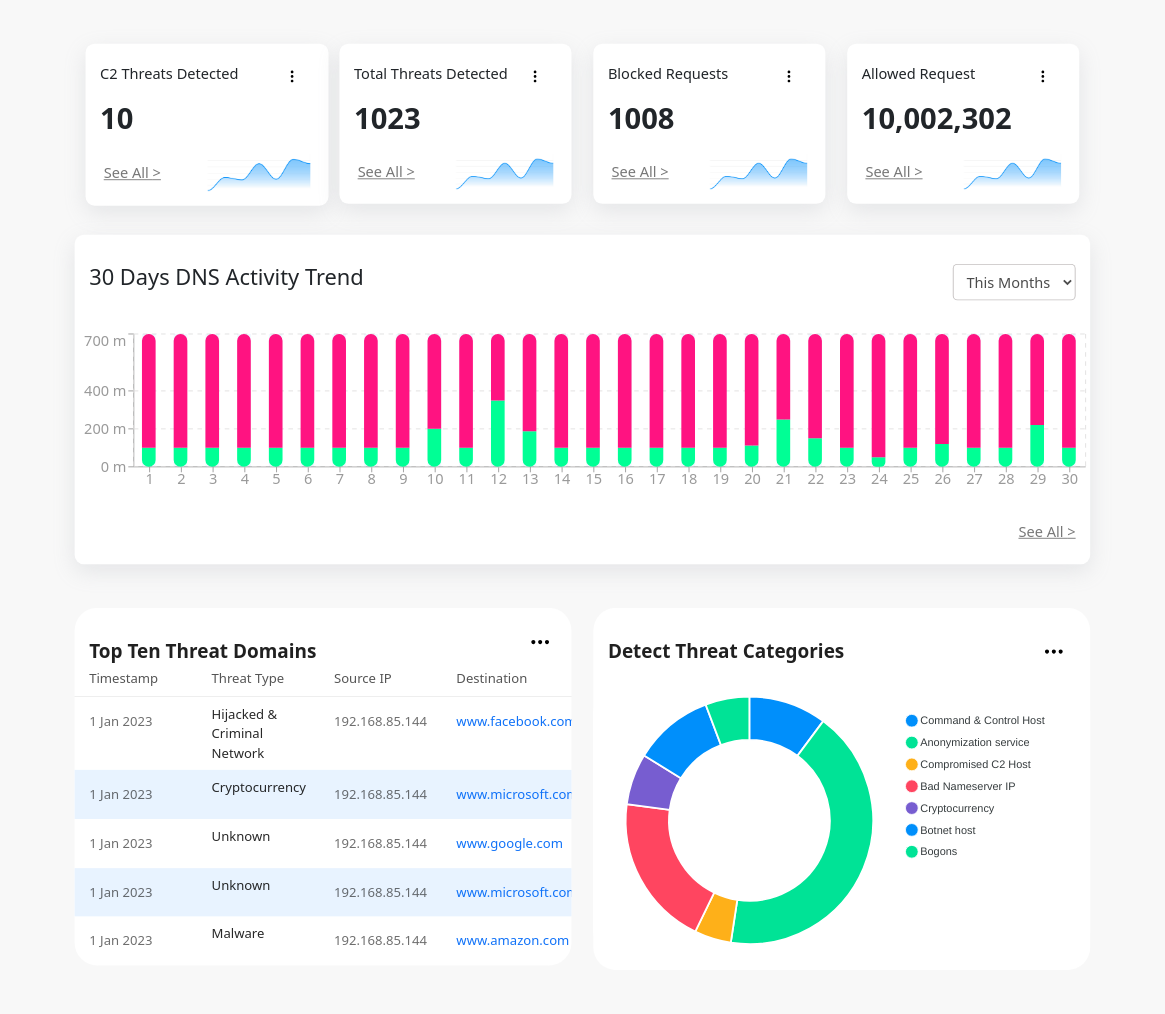
Repository: badhon252/dashboard
Page: /
An editor plug-in stored every save of this project. The page is shown before and after the next save, followed by the edit.
The browser window is 1280 px wide. The pictures show the whole page, at 91% of full size.
The project was rebuilt for these pictures with package versions that can differ from the ones it lists, and the page was loaded fresh each time. Also part of the build but not shown: vite.config.js.

Above is the page before, as saved 2023-01-27 12:24:23.

After the next save:
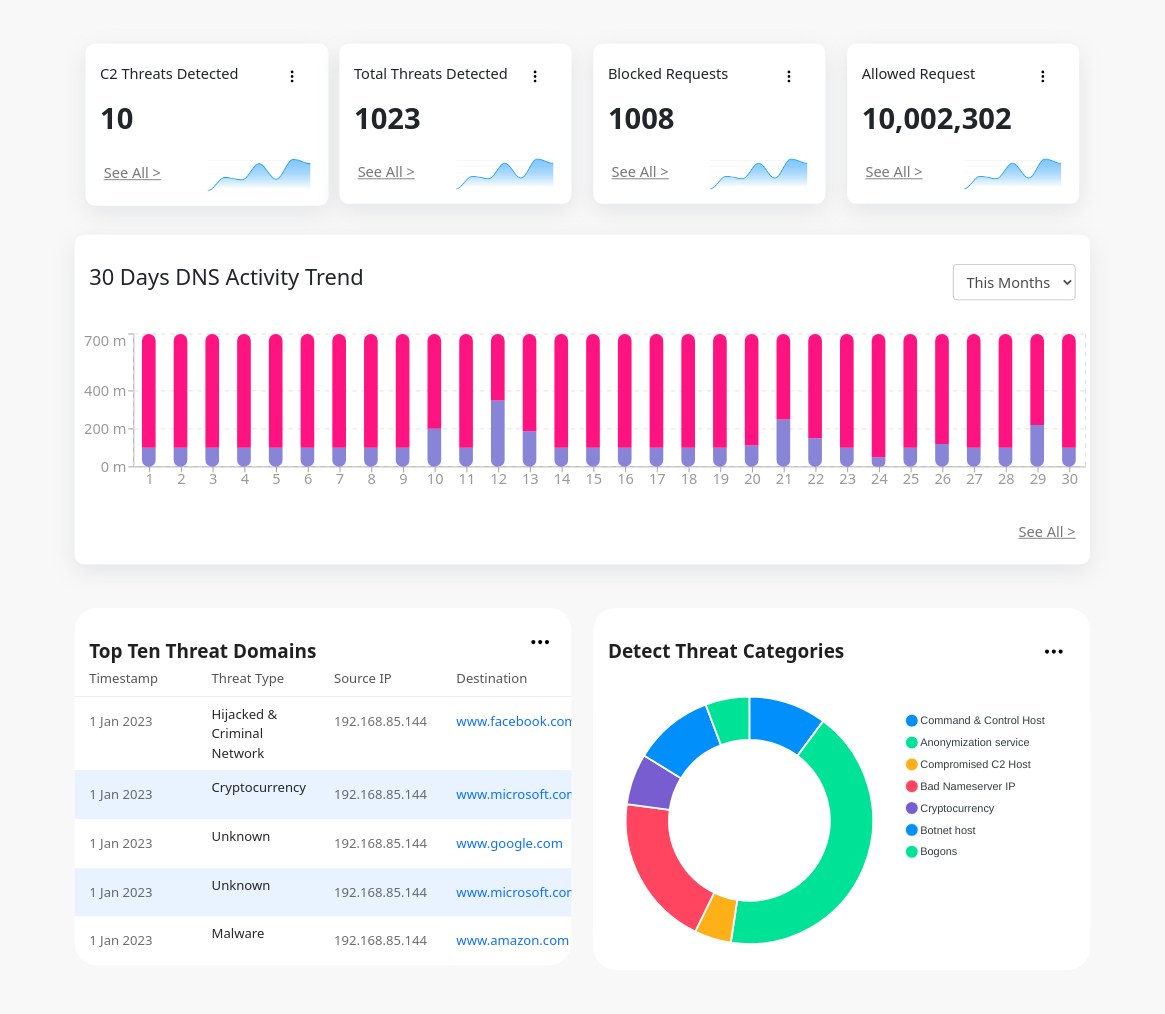
Saved 5 min 34 s later.
--- a/src/Components/Activity/ActivityGraph.jsx
+++ b/src/Components/Activity/ActivityGraph.jsx
@@ -31,6 +31,15 @@ const ActivityGraph = ({ CustomTooltip }) => {
           strokeWidth={1}
           stackId="a"
           fill="rgb(0, 255, 149)"
+          style={{
+            fill: "#8884d8",
+            onMouseEnter: (data, index) => {
+              return { fill: "#82ca9d" };
+            },
+            onMouseLeave: (data, index) => {
+              return { fill: "#8884d8" };
+            },
+          }}
           radius={[0, 0, 15, 15]}
           background={{ fill: "#5590ff13" }}
         />
